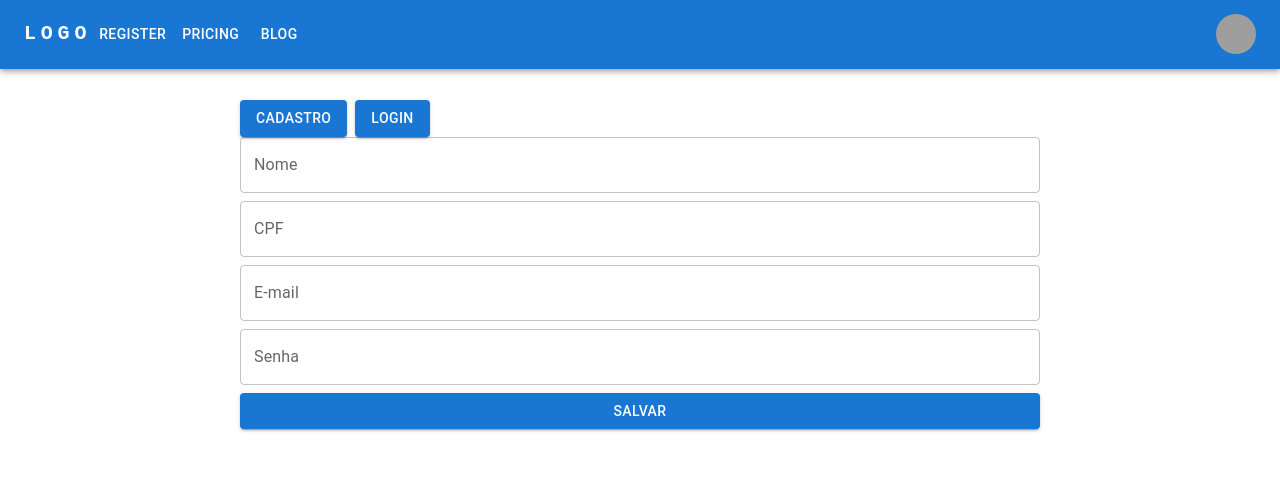
Repository: GabrielLeao02/sistema-react
Page: /register
These files come from the project's save history. The page is drawn as it stood at one moment and after the next save; the edit follows.
The browser window is 1280 px wide. The pictures show the whole page.
Pictures or frames that could not be fetched are drawn as grey boxes. The project was rebuilt for these pictures with package versions that can differ from the ones it lists, and the page was loaded fresh each time. Also part of the build but not shown: src/presenter/home/home.tsx.

Above is the page before, as saved 2023-07-24 15:09:20.

### index.html
<!DOCTYPE html>
<html lang="en">
  <head>
    <meta charset="UTF-8" />
    <link rel="icon" type="image/svg+xml" href="/vite.svg" />
    <meta name="viewport" content="width=device-width, initial-scale=1.0" />
    <title>Vite + React + TS</title>
    <style>
      html, body{
        margin: 0;
        padding: 0;
        box-sizing: border-box;
      }
    </style>
  </head>
  <body>
    <div id="root"></div>
    <script type="module" src="/src/main.tsx"></script>
  </body>
</html>

### src/App.tsx

import { Routes, Route, BrowserRouter } from 'react-router-dom';
import Home from './presenter/home/home';
import Register from './presenter/register/register';
import NavBar from './presenter/navBar/navBar';
import ContainerGlobal from './presenter/containerGlobal/containerGlobal';

function App() {
	return (
		<>
			<NavBar />
			<ContainerGlobal>
				<BrowserRouter>
					<Routes>
						<Route path='/' element={<Home />} />
						<Route path='/home' element={<Home />} />
						<Route path='/register' element={<Register />} />
					</Routes>
				</BrowserRouter>
			</ContainerGlobal>
		</>
	);
}

export default App;

### src/presenter/register/register.tsx
import { styled } from "styled-components";
import Button from '@mui/material/Button';
import NavBar from '../navBar/navBar';
import { useState } from 'react';
import FormUser from "../form/formUser";

const ContainerStyled = styled.div`
  box-sizing: border-box;
  display: flex;
  justify-content: center;
  flex-direction: column;
  align-items: start;
  margin-top: 80px;
  width: 80%;
  max-width: 800px;
`;

const DivRowStyled = styled.div`
    box-sizing: border-box;
    display: flex;
    gap: 5px 10px;
`


function Register() {
    const [mostrarBotao, setMostrar] = useState(true);

    return (
        <>

            <ContainerStyled>
                <div style={{display:'flex', gap:'8px'}}>
                    <Button variant="contained">Cadastro</Button>
                    <Button variant="contained">Login</Button>
                </div>

                <FormUser />
            </ContainerStyled>
        </>
    )
}
export default Register

### src/presenter/navBar/navBar.tsx
import * as React from 'react';
import AppBar from '@mui/material/AppBar';
import Box from '@mui/material/Box';
import Toolbar from '@mui/material/Toolbar';
import IconButton from '@mui/material/IconButton';
import Typography from '@mui/material/Typography';
import Menu from '@mui/material/Menu';
import MenuIcon from '@mui/icons-material/Menu';
import Container from '@mui/material/Container';
import Avatar from '@mui/material/Avatar';
import Button from '@mui/material/Button';
import Tooltip from '@mui/material/Tooltip';
import MenuItem from '@mui/material/MenuItem';
import { styled } from "styled-components";

const NavBarStyled = styled.div`
  box-sizing: border-box;
  position: absolute;
  top: 0;
  width: 100%;
  display: flex;
  border: non;
  justify-content: space-between;
  align-items: center;
`;

const pages = ['register', 'Pricing', 'Blog'];
const settings = ['Profile', 'Account', 'Dashboard', 'Logout'];

const NavBar: React.VFC = () => {
    const [anchorElNav, setAnchorElNav] = React.useState<null | HTMLElement>(null);
    const [anchorElUser, setAnchorElUser] = React.useState<null | HTMLElement>(null);

    const handleOpenNavMenu = (event: React.MouseEvent<HTMLElement>) => {
        setAnchorElNav(event.currentTarget);
    };
    const handleOpenUserMenu = (event: React.MouseEvent<HTMLElement>) => {
        setAnchorElUser(event.currentTarget);
    };

    const handleCloseNavMenu = (event: string) => {
        window.location.href = "/" + event;
    };

    const handleCloseUserMenu = () => {
        setAnchorElUser(null);
    };

    return (
        <NavBarStyled>
            <AppBar position="static">
                <Container maxWidth="xl">
                    <Toolbar disableGutters>
                        <Typography
                            variant="h6"
                            noWrap
                            component="a"
                            href="/home"
                            sx={{
                                fontFamily: 'monospace',
                                fontWeight: 700,
                                letterSpacing: '.3rem',
                                color: 'inherit',
                                textDecoration: 'none',
                            }}
                        >
                            LOGO
                        </Typography>

                        <Box sx={{ flexGrow: 1, display: { xs: 'flex', md: 'none' } }}>
                            <IconButton
                                size="large"
                                aria-label="account of current user"
                                aria-controls="menu-appbar"
                                aria-haspopup="true"
                                onClick={handleOpenNavMenu}
                                color="inherit"
                            >
                                <MenuIcon />
                            </IconButton>
                            <Menu
                                id="menu-appbar"
                                anchorEl={anchorElNav}
                                anchorOrigin={{
                                    vertical: 'bottom',
                                    horizontal: 'left',
                                }}
                                keepMounted
                                transformOrigin={{
                                    vertical: 'top',
                                    horizontal: 'left',
                                }}
                                open={Boolean(anchorElNav)}
                                onClose={handleCloseNavMenu}
                                sx={{
                                    display: { xs: 'block', md: 'none' },
                                }}
                            >
                                {pages.map((page) => (
                                    <MenuItem key={page} onClick={() => handleCloseNavMenu(page)}>
                                        <Typography textAlign="center">{page}</Typography>
                                    </MenuItem>
                                ))}
                            </Menu>
                        </Box>

                        <Box sx={{ flexGrow: 1, display: { xs: 'none', md: 'flex' } }}>
                            {pages.map((page) => (
                                <Button
                                    key={page}
                                    onClick={() => handleCloseNavMenu(page)}
                                    sx={{ my: 2, color: 'white', display: 'block' }}
                                >
                                    {page}
                                </Button>
                            ))}
                        </Box>

                        <Box sx={{ flexGrow: 0 }}>
                            <Tooltip title="Open settings">
                                <IconButton onClick={handleOpenUserMenu} sx={{ p: 0 }}>
                                    <Avatar alt="Remy Sharp" src="/static/images/avatar/2.jpg" />
                                </IconButton>
                            </Tooltip>
                            <Menu
                                sx={{ mt: '45px' }}
                                id="menu-appbar"
                                anchorEl={anchorElUser}
                                anchorOrigin={{
                                    vertical: 'top',
                                    horizontal: 'right',
                                }}
                                keepMounted
                                transformOrigin={{
                                    vertical: 'top',
                                    horizontal: 'right',
                                }}
                                open={Boolean(anchorElUser)}
                                onClose={handleCloseUserMenu}
                            >
                                {settings.map((setting) => (
                                    <MenuItem key={setting} onClick={handleCloseUserMenu}>
                                        <Typography textAlign="center">{setting}</Typography>
                                    </MenuItem>
                                ))}
                            </Menu>
                        </Box>
                    </Toolbar>
                </Container>
            </AppBar>
        </NavBarStyled>
    );
};

export default NavBar;

### src/presenter/containerGlobal/containerGlobal.tsx
import styled from "styled-components";

const ContainerGlobal = styled.div`
    padding: 20px;
    box-sizing: border-box;
    width: 100%;
    display: flex;
    justify-content: center;

`
export default ContainerGlobal

### src/presenter/form/formUser.tsx
import React, { useState } from "react";
import Button from "@mui/material/Button";
import TextField from "@mui/material/TextField";
import styled from "styled-components";
import ContainerGlobal from "../containerGlobal/containerGlobal";
import { SelectChangeEvent } from '@mui/material/Select';
import { isCNPJ, formatToCNPJ, isCPF } from 'brazilian-values';
import bcrypt from 'bcryptjs';
const FormStyled = styled.div`
  box-sizing: border-box;
  display: flex;
  flex-direction: column;
  width: 100%;
  gap: 8px;
`;

function FormUser() {
    const [usuario_email_error, setUsuarioEmailError] = useState(false);
    const [emailErrorText, setEmailErrorText] = useState("");
    const [cpfErrorText, setCpfErrorText] = useState("");
    const [isCpf, setIsCpf] = useState(false);
    const [formData, setFormData] = useState({
        usuario_nome: "",
        usuario_cpf: "",
        usuario_email: "",
        usuario_senha: ""

    });

    const handleChange = (e: SelectChangeEvent<string[]> | React.ChangeEvent<{ name: string; value: unknown }>) => {
        const { name, value } = e.target as HTMLInputElement;
        setFormData((prevData) => ({ ...prevData, [name]: value }));
    };

    const isEmailValid = (email: string) => {
        // Expressão regular para validar o email
        const emailRegex = /^[^\s@]+@[^\s@]+\.[^\s@]+$/;
        return emailRegex.test(email);
    };


    const handleSubmit = async () => {
        try {
            const { usuario_nome, usuario_cpf, usuario_email, usuario_senha } = formData;

            if (!isCPF(usuario_cpf)) {
                setIsCpf(true)
                setCpfErrorText("Cpf Invalido!")
                return;
            } else {
                setIsCpf(false)
                setCpfErrorText("")
            }

            if (!isEmailValid(usuario_email)) {
                setUsuarioEmailError(true)
                setEmailErrorText("Insira um email valido!")
                return;
            } else {
                setUsuarioEmailError(false)
                setEmailErrorText("")
            }

            const saltRounds = 10;
            const hashedPassword = await bcrypt.hash(usuario_senha, saltRounds);
            formData.usuario_senha = hashedPassword;
            const response = await fetch("http://localhost:5000/salvarusuario", {
                method: "POST",
                headers: {
                    "Content-Type": "application/json",
                },
                body: JSON.stringify(formData),
            });

            if (!response.ok) {
                throw new Error("Erro ao salvar os dados do formulário");
            }

            console.log(response.json());
            // Opcionalmente, você pode redefinir os campos do formulário aqui
            setFormData({
                usuario_nome: "",
                usuario_cpf: "",
                usuario_email: "",
                usuario_senha: ""
            });
        } catch (error) {
            console.error(error);
        }
    };

    return (
        <>

                <FormStyled>
                    <TextField
                        id="usuario_nome"
                        name="usuario_nome"
                        label="Nome"
                        variant="outlined"
                        value={formData.usuario_nome}
                        onChange={handleChange}
                    />
                    <TextField
                        id="usuario_cpf"
                        name="usuario_cpf"
                        label="CPF"
                        error={isCpf}
                        variant="outlined"
                        value={formData.usuario_cpf}
                        onChange={handleChange}
                        helperText={cpfErrorText}
                    />
                    <TextField
                        id="usuario_email"
                        name="usuario_email"
                        error={usuario_email_error}
                        label="E-mail"
                        type="email"
                        variant="outlined"
                        value={formData.usuario_email}
                        onChange={handleChange}
                        helperText={emailErrorText}
                    />                    <TextField
                        id="usuario_senha"
                        name="usuario_senha"
                        error={usuario_email_error}
                        label="Senha"
                        type="password"
                        variant="outlined"
                        value={formData.usuario_senha}
                        onChange={handleChange}
                        helperText={emailErrorText}
                    />

                    <Button variant="contained" onClick={handleSubmit}>
                        Salvar
                    </Button>
                </FormStyled>

        </>
    );
}

export default FormUser;

Loaded but not shown: src/main.tsx (common file)

After the next save:
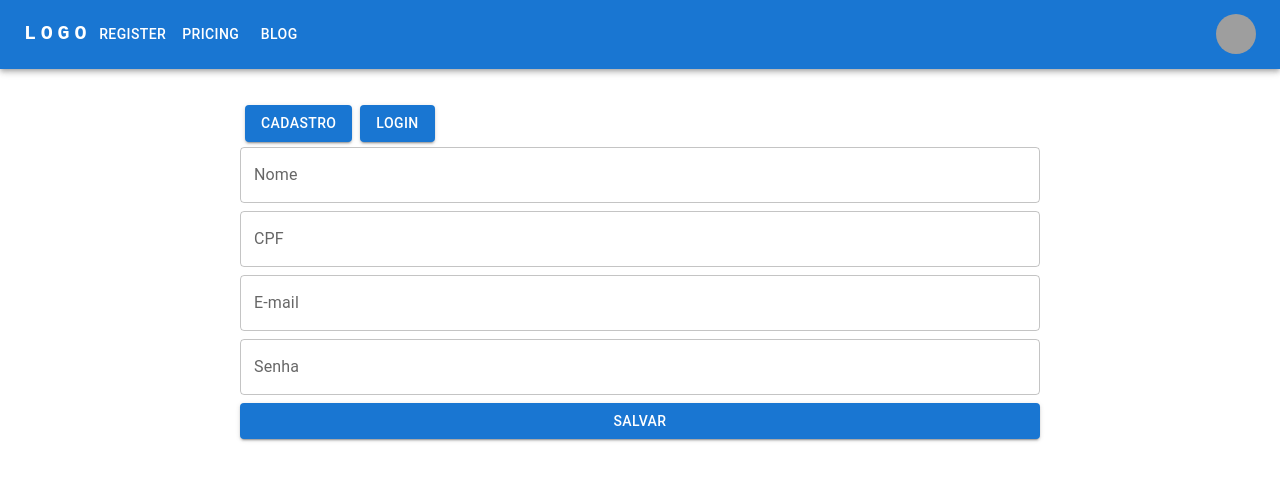
Saved 15 s later.
--- a/src/presenter/register/register.tsx
+++ b/src/presenter/register/register.tsx
@@ -29,7 +29,7 @@ function Register() {
         <>
 
             <ContainerStyled>
-                <div style={{display:'flex', gap:'8px'}}>
+                <div style={{display:'flex', gap:'8px', margin: '5px'}}>
                     <Button variant="contained">Cadastro</Button>
                     <Button variant="contained">Login</Button>
                 </div>
